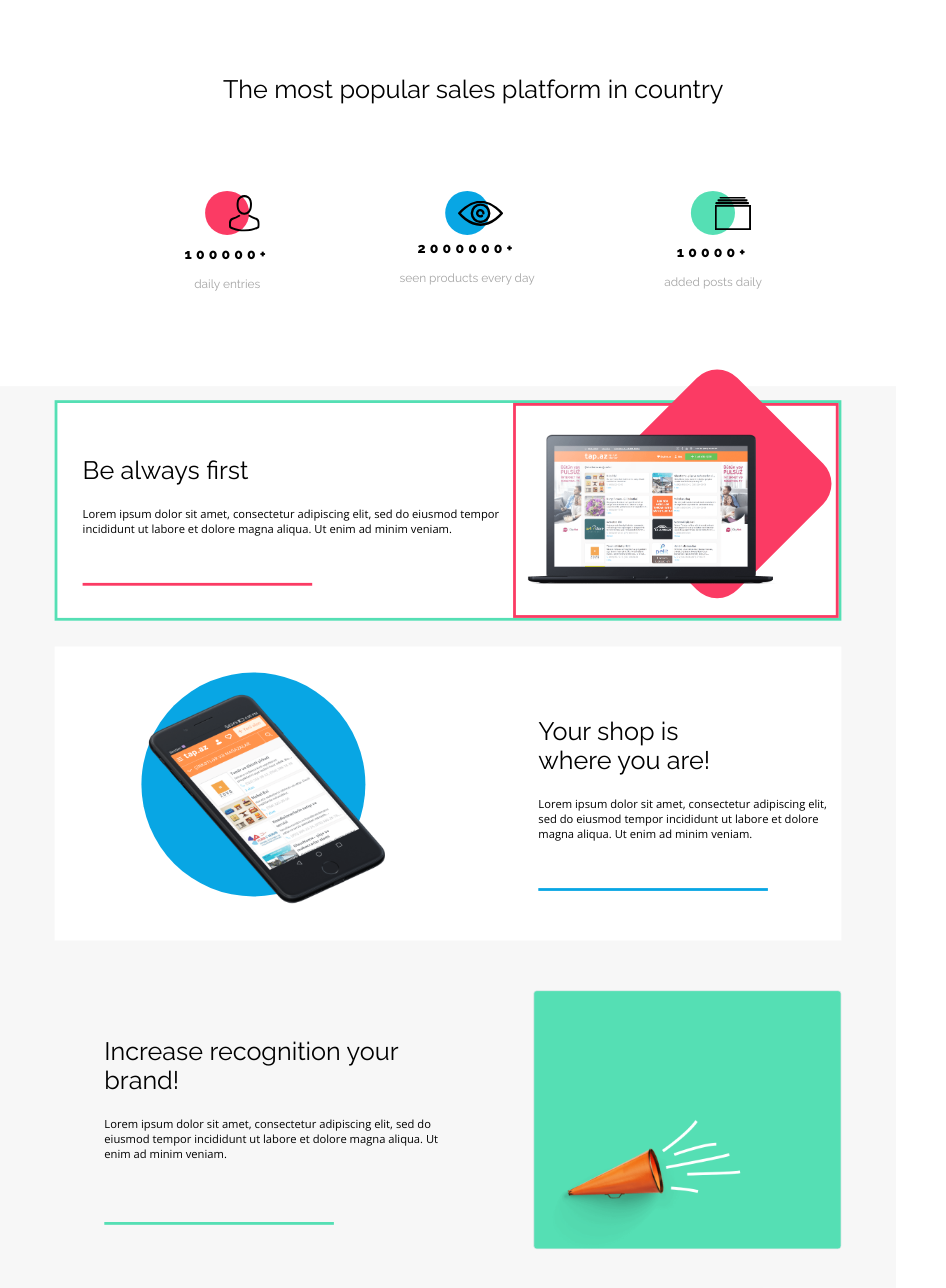
Repository: Widzisz/bestshop-website
Page: index.html
An editor plug-in stored every save of this project. The page is shown before and after the next save, followed by the edit.
The browser window is 1280 px wide. The page is 1352 px wide, so the pictures cover 1352 px, including what lies to the right of the window. The pictures show the part of the page from y = 714 to 2554 px (the page is 2554 px tall), at 70% of full size.

Above is the page before, as saved 2021-03-20 11:08:38.

### index.html
<!DOCTYPE html>
<html lang="en">

<head>
  <meta charset="UTF-8">
  <meta http-equiv="X-UA-Compatible" content="IE=edge">
  <meta name="viewport" content="width=device-width, initial-scale=1.0">
  <link rel="preconnect" href="https://fonts.gstatic.com">
  <link
    href="https://fonts.googleapis.com/css2?family=Open+Sans:ital,wght@0,300;0,400;0,600;0,700;0,800;1,300;1,400;1,600;1,700;1,800&family=Raleway:ital,wght@0,100;0,200;0,300;0,400;0,500;0,600;0,700;0,800;0,900;1,100;1,200;1,300;1,400;1,500;1,600;1,700;1,800;1,900&display=swap"
    rel="stylesheet">
  <title>BestShop</title>
  <link rel="stylesheet" href="css/normalize.css">
  <link rel="stylesheet" href="css/style.css">
</head>

<body>
  <div class="hero">
    <!--!!! HEADER + NAV !!!-->
    <header class="header">
      <div class="container">

        <div class="logo">
          <a href="" class="logo__title">
            BestShop
          </a>
        </div>

        <nav class="menu">
          <ul class="menu__list">
            <li><a href="">WHY US</a></li>
            <li><a href="">BENEFITS</a></li>
            <li><a href="">PRICES</a></li>
            <li><a href="">CONTACT</a></li>
          </ul>
        </nav>

      </div>
    </header>

    <!--!!! SEKCJA PIERWSZA !!!-->
    <section class="welcome">
      <div class="welcome__rows">
        <h1 class="welcome__rows-title">
          Sell More
        </h1>
        <p class="welcome__rows-text">
          Open shop on our platform and increase your sales
        </p>
        <div class="welcome__rows-btn">
          <a href="" class="welcome__rows-btn-1">
            Open your shop
          </a>
        </div>
      </div>
    </section>

    <!--!!! SEKCJA DRUGA !!!-->
    <section class="container">
      <div class="statistics">
        <h2 class="statistics__title">
          The most popular sales platform in country
        </h2>

        <div class="statistics__rows">

          <div class="statistics__rows-1">
            <div class="statistics__rows-picture">
              <div class="statistics__rows-circle-1">
              </div>
              <img src="images/person.svg" alt="" class="statistics-icon-1">
            </div>
            <p class="statistics__rows-numbers">
              100000+
            </p>
            <p class="statistics__rows-text">
              daily entries
            </p>
          </div>

          <div class="statistics__rows-2">
            <div class="statistics__rows-picture">
              <div class="statistics__rows-circle-2">
              </div>
              <img src="images/eye.svg" alt="" class="statistics-icon-2">
            </div>
            <p class="statistics__rows-numbers">
              2000000+
            </p>
            <p class="statistics__rows-text">
              seen products every day
            </p>
          </div>

          <div class="statistics__rows-3">
            <div class="statistics__rows-picture">
              <div class="statistics__rows-circle-3">
              </div>
              <img src="images/catalog.svg" alt="" class="statistics-icon-3">
            </div>
            <p class="statistics__rows-numbers">
              10000+
            </p>
            <p class="statistics__rows-text">
              added posts daily
            </p>
          </div>


        </div>
      </div>
    </section>


    <!--!!! SEKCJA TRZECIA !!!-->
    <div class="hero-2">
      <section class="container-2">

        <div class="promotion-1">
          <div class="promotion__image-1">
            <div class="promotion__picture">
              <img src="images/macbook.png" alt="" class="promotion__picture-1">
            </div>
            <div class="promotion__image-figure-1">
            </div>
          </div>
          <div class="text__rows">
            <h2 class="text__rows-title">
              Be always first
            </h2>
            <p class="text__rows-text">
              Lorem ipsum dolor sit amet, consectetur adipiscing elit, sed do eiusmod tempor incididunt ut labore et
              dolore magna aliqua. Ut enim ad minim veniam.
            </p>
            <div class="text__rows-underline-1">
            </div>
          </div>
        </div>

        <div class="promotion-2">
          <div class="promotion__image-2">
            <div class="promotion__picture">
              <img src="images/iphone.png" alt="" class="promotion__picture-2">
            </div>
            <div class="promotion__image-figure-2">
            </div>
          </div>
          <div class="text__rows-2">
            <h2 class="text__rows-title-2">
              Your shop is where you are!
            </h2>
            <p class="text__rows-text">
              Lorem ipsum dolor sit amet, consectetur adipiscing elit, sed do eiusmod tempor incididunt ut labore et
              dolore magna aliqua. Ut enim ad minim veniam.
            </p>
            <div class="text__rows-underline-2">
            </div>
          </div>
        </div>



        <div class="promotion-3">

          <div class="promotion-3__container">
            <div class="text__rows">
              <h2 class="text__rows-title-3">
                Increase recognition your brand!
              </h2>
              <p class="text__rows-text-3">
                Lorem ipsum dolor sit amet, consectetur adipiscing elit, sed do eiusmod tempor incididunt ut labore et
                dolore magna aliqua. Ut enim ad minim veniam.
              </p>
              <div class="text__rows-underline-3">
              </div>
            </div>
          </div>



          <div class="promotion__image-3">
            <div class="promotion__picture">
              <img src="images/trumpet.png" alt="" class="promotion__picture-3">
            </div>
            <div class="promotion__image-figure-3">
            </div>
          </div>
        </div>



      </section>
    </div>

  </div>

  </div>




</body>

</html>

### css/style.css
:root {
  --c-primary: #08a6e4;
  --c-primary-shadow: rgba(7, 172, 230, 0.16);
  --c-redish: #fb3b64;
  --c-green: #55dfb4;
  --c-black: #000000;
  --c-grey: #a5a5a5;
  --c-light-grey: #f7f7f7;
  --c-white: #ffffff;
  --font-open: "Open Sans", sans-serif;
  --font-raleway: "Raleway", sans-serif;
  --cursor-pointer: pointer;
}

html {
}

* {
  box-sizing: border-box;
}
body {
  margin: 0;
}

.container {
  width: 1352px;
  margin: 0 auto;
  padding-left: 10px;
  padding-right: 10px;
}

/* -------------------------------------------------------------------------
                           NAGŁÓWEK
------------------------------------------------------------------------- */
.hero {
  width: 100%;
  height: 100vh;
  background-color: var(--c-white);
}

.header {
  width: 100%;
  height: 70px;
  background-color: var(--c-white);
  box-shadow: 0px 3px 6px #00000029;
  opacity: 1;
}

.header .container {
  height: 100%;
  display: flex;
  justify-content: space-between;
  align-items: center;
}

.logo {
}

.logo__title {
  text-align: left;
  text-decoration: none;
  color: var(--c-primary);
  letter-spacing: 0px;
  opacity: 1;
  font: normal normal 300 32px/37px var(--font-raleway);
  cursor: var(--cursor-pointer);
}

.menu {
}
.menu__list {
  list-style-type: none;
  display: flex;
}
.menu__list a {
  padding: 0 50px;
  text-decoration: none;
  text-align: center;
  font: normal normal bold 11px/15px var(--font-open);
  letter-spacing: 3.28px;
  color: var(--c-black);
  opacity: 1;
  position: relative;
}

.menu__list a::before {
  content: "";
  position: absolute;
  width: 100%;
  height: 4px;
  top: 40px;
  left: 0;
  background-color: var(--c-primary);
  visibility: hidden;
  transform: scaleX(0);
  transition: all 0.3s ease-in-out 0s;
}

.menu__list a:hover::before {
  visibility: visible;
  transform: scaleX(0.5);
}

/* -------------------------------------------------------------------------
                           SEKCJA PIERWSZA
------------------------------------------------------------------------- */
.welcome {
  height: 100vh;
  background-image: url(../images/background.png);
  background-repeat: no-repeat;
  background-size: contain;
  background-position: center;
}

.welcome__rows {
  display: flex;
  justify-content: center;
  align-items: center;
  flex-direction: column;
  padding-bottom: 100px;
}

.welcome__rows-title {
  text-align: center;
  font: normal normal normal 49px/57px var(--font-raleway);
  letter-spacing: 0px;
  color: var(--c-black);
  opacity: 1;
}

.welcome__rows-text {
  text-align: center;
  font: normal normal normal 16px/22px var(--font-open);
  letter-spacing: 0px;
  color: var(--c-black);
  opacity: 1;
}

.welcome__rows-btn {
  margin-top: 20px;
  padding: 20px 180px;
  background: var(--c-primary);
  box-shadow: 5px 10px 14px #07ace629;
  border-radius: 40px;
  opacity: 1;
}

.welcome__rows-btn-1 {
  font: normal normal bold 16px/22px var(--font-open);
  text-align: center;
  letter-spacing: 0px;
  background: var(--c-primary);
  color: var(--c-white);
  text-decoration: none;
}

/* -------------------------------------------------------------------------
                           SEKCJA DRUGA
------------------------------------------------------------------------- */

.statistics {
  display: flex;
  justify-content: center;
  align-items: center;
  flex-direction: column;
}
.statistics__title {
  text-align: center;
  font: normal normal normal 36px/42px var(--font-raleway);
  letter-spacing: 0px;
  color: var(--c-black);
  opacity: 1;
  padding-bottom: 101px;
}

.statistics__rows {
  display: flex;
  justify-content: center;
  align-items: center;
  gap: 185px;
  padding-bottom: 120px;
}

.statistics__rows-picture {
  display: flex;
  justify-content: center;
  align-items: center;
}

.statistics__rows-circle-1 {
  height: 63px;
  width: 63px;
  background: var(--c-redish);
  border-radius: 50%;
  opacity: 1;
  position: absolute;
  z-index: 0;
}

.statistics__rows-circle-2 {
  height: 63px;
  width: 63px;
  background: var(--c-primary);
  border-radius: 50%;
  opacity: 1;
  position: absolute;
  z-index: 0;
}

.statistics__rows-circle-3 {
  height: 63px;
  width: 63px;
  background: var(--c-green);
  border-radius: 50%;
  opacity: 1;
  position: absolute;
  z-index: 0;
}

.statistics-icon-1 {
  position: relative;
  left: 20%;
  z-index: 1;
}

.statistics-icon-2 {
  position: relative;
  left: 10%;
  z-index: 1;
}

.statistics-icon-3 {
  position: relative;
  left: 20%;
  z-index: 1;
}

.statistics__rows-numbers {
  text-align: center;
  font: normal normal 800 20px/24px var(--font-raleway);
  letter-spacing: 5.96px;
  color: var(--c-black);
  opacity: 1;
}

.statistics__rows-text {
  text-align: center;
  font: normal normal normal 17px/20px var(--font-raleway);
  letter-spacing: 0px;
  color: var(--c-grey);
  opacity: 1;
}

/* -------------------------------------------------------------------------
                             SEKCJA TRZECIA
------------------------------------------------------------------------- */

.hero-2 {
  width: 100%;
  min-height: 100vh;
  background: var(--c-light-grey);
  padding: 20px;
  display: flex;
  justify-content: center;

}

.container-2 {
  width: 1124px;

}

.promotion-1 {
  display: flex;
  justify-content: space-between;
  align-items: center;
  flex-direction: row-reverse;
  background: var(--c-white);
  border: 4px solid var(--c-green);
}

.promotion__image-1 {
  padding-right: 71px;
  padding-bottom: 38px;
  padding-top: 38px;
  display: flex;
  justify-content: center;
  align-items: center;
  position: relative;
  border: 4px solid var(--c-redish);
}
.promotion__picture {
}
.promotion__picture-1 {
  width: 386px;
  height: 219px;
  position: relative;
  z-index: 1;
}

.promotion__image-figure-1 {
  background-color: var(--c-redish);
  width: 255px;
  height: 255px;
  border-radius: 41px;
  opacity: 1;
  transform: rotate(45deg);
  position: absolute;
  bottom: 60px;
  left: 160px;
  z-index: 0;
}

.text__rows {
  padding-left: 36px;
}

.text__rows-title {
  text-align: left;
  font: normal normal normal 36px/42px var(--font-raleway);
  letter-spacing: 0px;
  color: var(--c-black);
  opacity: 1;
}
.text__rows-text {
  text-align: left;
  font: normal normal normal 16px/22px var(--font-open);
  letter-spacing: 0px;
  color: var(--c-black);
  opacity: 1;
}
.text__rows-underline-1 {
  width: 328px;
  height: 0px;
  border-bottom: 4px solid var(--c-redish);
  padding-top: 50px;
  opacity: 1;
}

.promotion-2 {
  margin: 37px 0;
  display: flex;
  justify-content: space-between;
  align-items: center;
  background: var(--c-white);
  gap: 194px;
}

.promotion__image-2 {
  padding-left: 71px;
  padding-bottom: 38px;
  padding-top: 12px;
  display: flex;
  justify-content: center;
  align-items: center;
  position: relative;
}

.promotion__picture-2 {
  width: 426px;
  height: 328px;
  position: relative;
  top: 30px;
  left: 30px;
  z-index: 1;
}

.promotion__image-figure-2 {
  width: 320px;
  height: 320px;
  background: var(--c-primary);
  border-radius: 50%;
  position: absolute;
  z-index: 0;
}

.text__rows-underline-2 {
  width: 328px;
  height: 0px;
  border-bottom: 4px solid var(--c-primary);
  padding-top: 50px;
}

.text__rows-2 {
  padding-right: 20px;
  padding-bottom: 71px;
  padding-top: 69px;
}

.text__rows-title-2 {
  width: 246px;
  text-align: left;
  font: normal normal normal 36px/42px var(--font-raleway);
  letter-spacing: 0px;
  color: var(--c-black);
  opacity: 1;
}

.promotion-3 {
  display: flex;
  justify-content: space-between;
  align-items: center;
  column-gap: 61px;
}

.promotion-3__container {
  width: 623px;
  padding: 69px 34px 70px 35px;
  display: flex;
  justify-content: center;
  align-items: center;
}

.text__rows-title-3 {
  text-align: left;
  font: normal normal normal 36px/42px var(--font-raleway);
  letter-spacing: 0px;
  color: var(--c-black);
}

.text__rows-text-3 {
  text-align: left;
  font: normal normal normal 16px/22px var(--font-open);
  letter-spacing: 0px;
  color: var(--c-black);
}

.text__rows-underline-3 {
  width: 328px;
  height: 0px;
  border-bottom: 4px solid var(--c-green);
  padding-top: 70px;
}

.promotion__image-3 {
  display: flex;
  justify-content: flex-end;
  align-items: center;
}

.promotion__picture-3 {
  width: 296px;
  height: 208px;
  background: transparent;
  position: absolute;
  z-index: 1;
}

.promotion__image-figure-3 {
  width: 440px;
  height: 370px;
  background: var(--c-green);
  border-radius: 5px;
  border: 1px solid #e8e9ed;
  position: relative;
  z-index: 0;
}

Loaded but not shown: css/normalize.css (library)

After the next save:
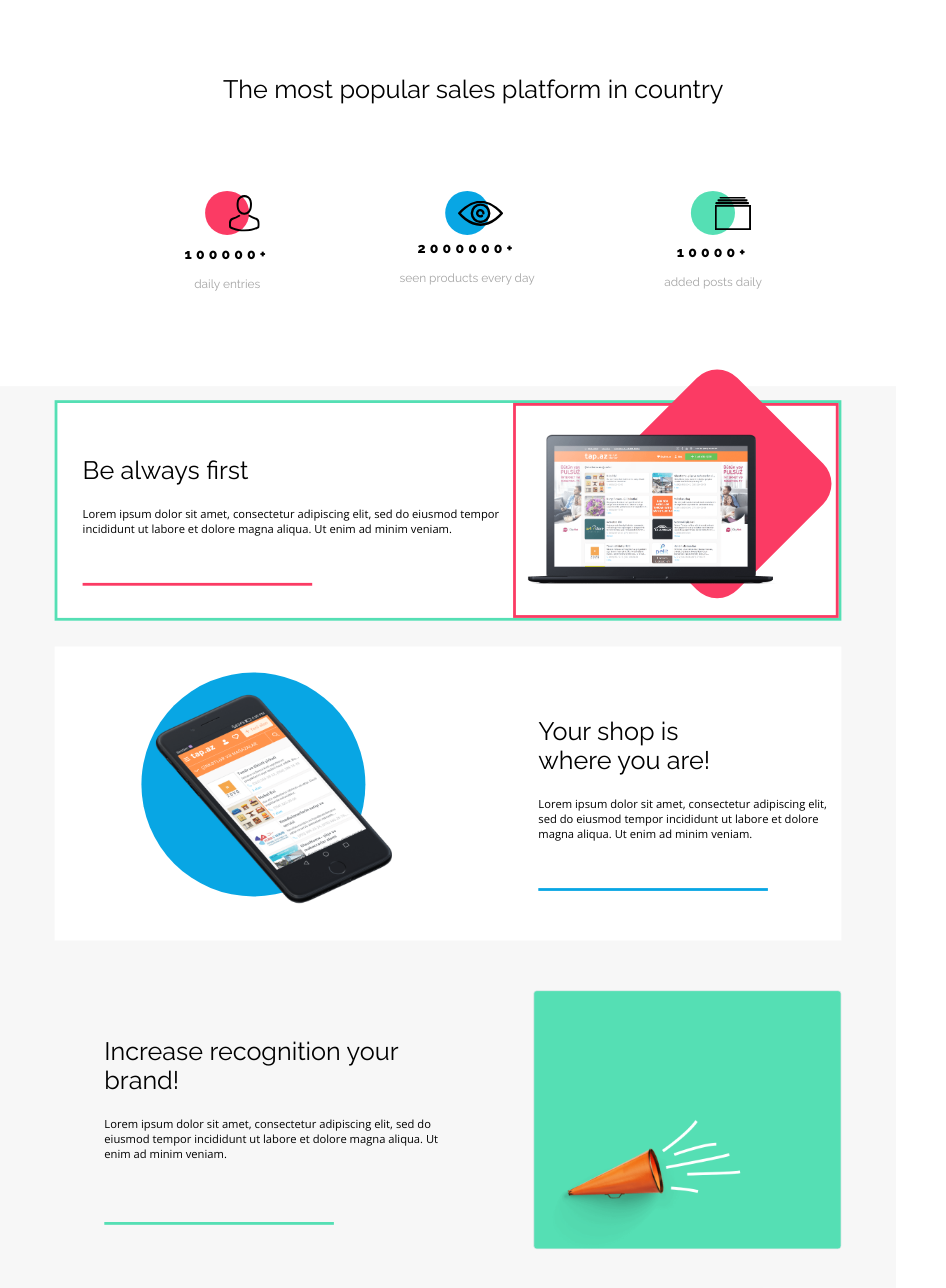
Saved 9 s later.
--- a/css/style.css
+++ b/css/style.css
@@ -361,7 +361,7 @@ body {
   height: 328px;
   position: relative;
   top: 30px;
-  left: 30px;
+  left: 40px;
   z-index: 1;
 }
 
